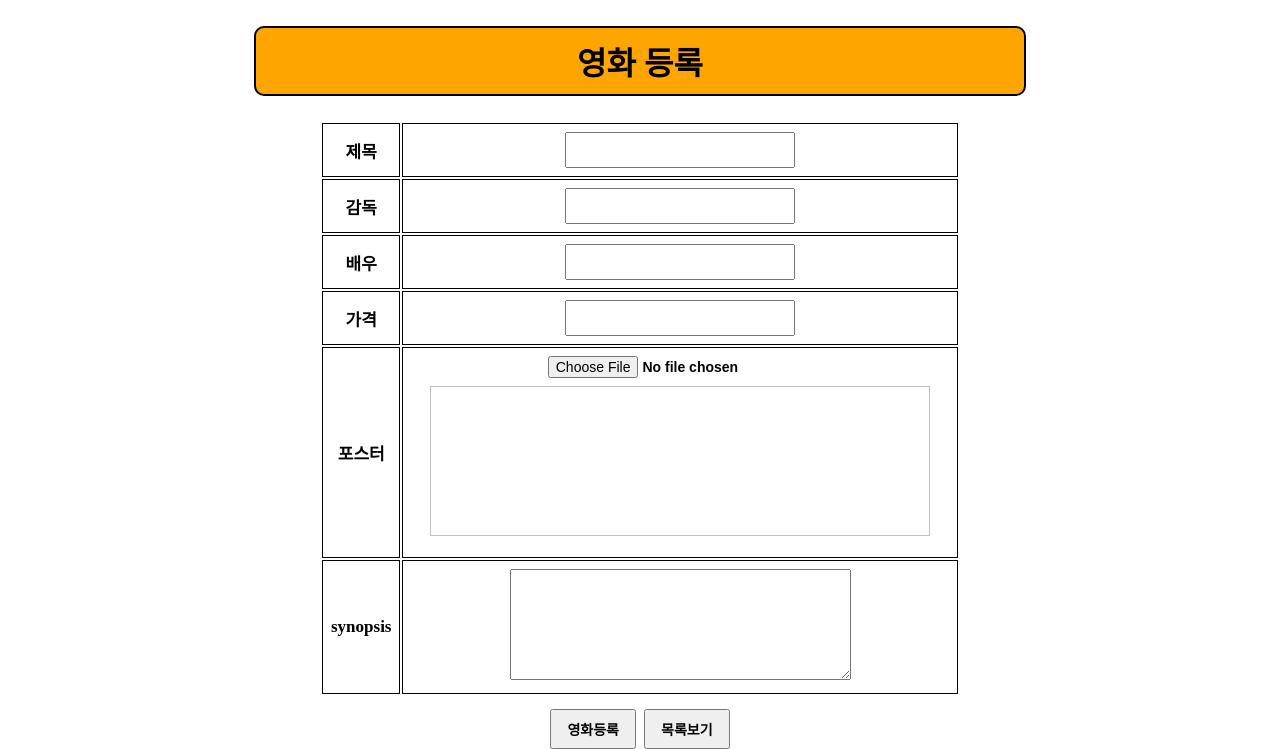
Repository: EverythingOfC/movie
Page: http://localhost/movie/movie/insert.jsp
An editor plug-in stored every save of this project. The page is shown before and after the next save, followed by the edit.
The browser window is 1280 px wide. The pictures show the whole page.
The page is served by Tomcat 9. Nobody is signed in. The application's start-up code is not run. Other server files are loaded and not shown.

Above is the page before, as saved 2023-01-03 03:18:47.

### movie/src/main/webapp/movie/insert.jsp
<%@ page language="java" contentType="text/html; charset=UTF-8"
    pageEncoding="UTF-8"%>
<%@ taglib prefix="c" uri="http://java.sun.com/jsp/jstl/core" %>
<!DOCTYPE html>
<html>
<head>
<meta charset="UTF-8">
<title>Insert title here</title>
<link rel="stylesheet" type="text/css" href="../css/movie.css">
</head>
<body>

<div class = "title">
	<h1> 영화 등록 </h1>
</div>

<div class = "insert">

<form action="ms?command=insert" method="post" enctype="multipart/form-data">
		<!--  Http의 바디부분에 데이터를 여러 부분으로 나누어서 전송함 -->

	<input type="hidden" name="id" value="${member.id }">
	<table>
		<tr>
		<th>제목</th>
		<td><input type="text" name="title"></td>
		</tr>

		<tr>
		<th>감독</th>
		<td><input type="text" name="director"></td>
		</tr>

		<tr>
		<th>배우</th>
		<td><input type="text" name="actor"></td>
		</tr>

		<tr>
		<th>가격</th>
		<td><input type="number" name="price"></td>
		</tr>

		<tr>
		<th>포스터</th>
		<td><div><input type="file" name="poster" onchange="readURL(this);" style="padding:0; text-align:center;">
		<img style="width:500px; height:150px; " id="preview"/></div></td>
		</tr>


		<tr>
		<th>synopsis</th>
		<td><textarea rows="7" cols="40" name="synopsis">

		</textarea></td>
		</tr>

	</table>

	<div class="i_button">
		<input type="submit" value="영화등록">&nbsp;
		<input type="button" onclick="location.href='ms?command=list'" value="목록보기">
	</div>
	</form>
</div>
<script>
	function readURL(input) {
	  if (input.files && input.files[0]) {
	    var reader = new FileReader();
	    reader.onload = function(e) {
	      document.getElementById('preview').src = e.target.result;
	    };
	    reader.readAsDataURL(input.files[0]);
	  } else {
	    document.getElementById('preview').src = "";
	  }
	}
</script>
</body>
</html>

### movie/src/main/webapp/css/movie.css
@charset "UTF-8";

*{
	margin: 0 auto;
}

img{
	border:0;
}
a{
	text-decoration:none;
	color:black;
}
a:hover{
	font-weight:bold;
}
li{
	list-style: none;
}

.title{
	margin:2vw auto;
	text-align:center;
	border:2px solid black;
	border-radius:10px;
	background:orange;
	width:60%;
	padding:10px 0;
}
.main table{
	width:80%;
}
.main td,.main th{
	padding:10px;
	border:1px solid black;
	border-collapse: collapse;
}

.insert table td{
	text-align:center;
}
.insert table td input, .i_button input, .insert table td img{
	padding:8px 15px;
	font-weight:bold;
	font-size:14px;
}
.insert table{
	width:50%;
	font-size:17px;
}
.insert td,.insert th{
	padding:8px;
	border:1px solid black;
	border-collapse: collapse;
}
.i_button{
	margin-top:1vw;
	width:50%;
	text-align:center;
}


.login table td{
	text-align:center;
}
.login table td input, .l_button input{
	padding:11px 15px;
	font-weight:bold;
	font-size:14px;
}
.login table{
	width:50%;
	font-size:17px;
}
.login td,.login th{
	padding:8px;
	border:1px solid black;
	border-collapse: collapse;
}
.l_button{
	margin-top:2vw;
	width:50%;
	text-align:center;
}



.sign table td{
	text-align:center;
}

.sign table td label{
	display:inline-block;
	padding:8px 15px;
	font-size:14px;
 }
.sign table td input, .s_button input{
	padding:8px 15px;
	font-weight:bold;
	font-size:14px;
}
.sign table{
	width:50%;
	font-size:17px;
}
.sign td,.sign th{
	padding:8px;
	border:1px solid black;
	border-collapse: collapse;
}
.s_button{
	margin-top:2vw;
	width:50%;
	text-align:center;
}


.update table td{
	text-align:center;
}
.update table td input, .u_button input, .update table td img{
	padding:8px 15px;
	font-weight:bold;
	font-size:14px;
}
.update table{
	width:50%;
	font-size:17px;
}
.update td,.update th{
	padding:8px;
	border:1px solid black;
	border-collapse: collapse;
}
.u_button{
	margin-top:1vw;
	width:50%;
	text-align:center;
}


.view table td{
	text-align:center;
}
.view table td input, .v_button input, .view table td img{
	padding:8px 15px;
	font-weight:bold;
	font-size:14px;
}
.view table{
	width:50%;
	font-size:17px;
}
.view td,.view th{
	padding:8px;
	border:1px solid black;
	border-collapse: collapse;
}
.v_button{
	margin-top:1vw;
	width:50%;
	text-align:center;
}

.page,.pagination{
	width:70%;
	margin-top:2vw;
	text-align:center;
}
.pagination{
	margin-top:3vw;
}

After the next save:
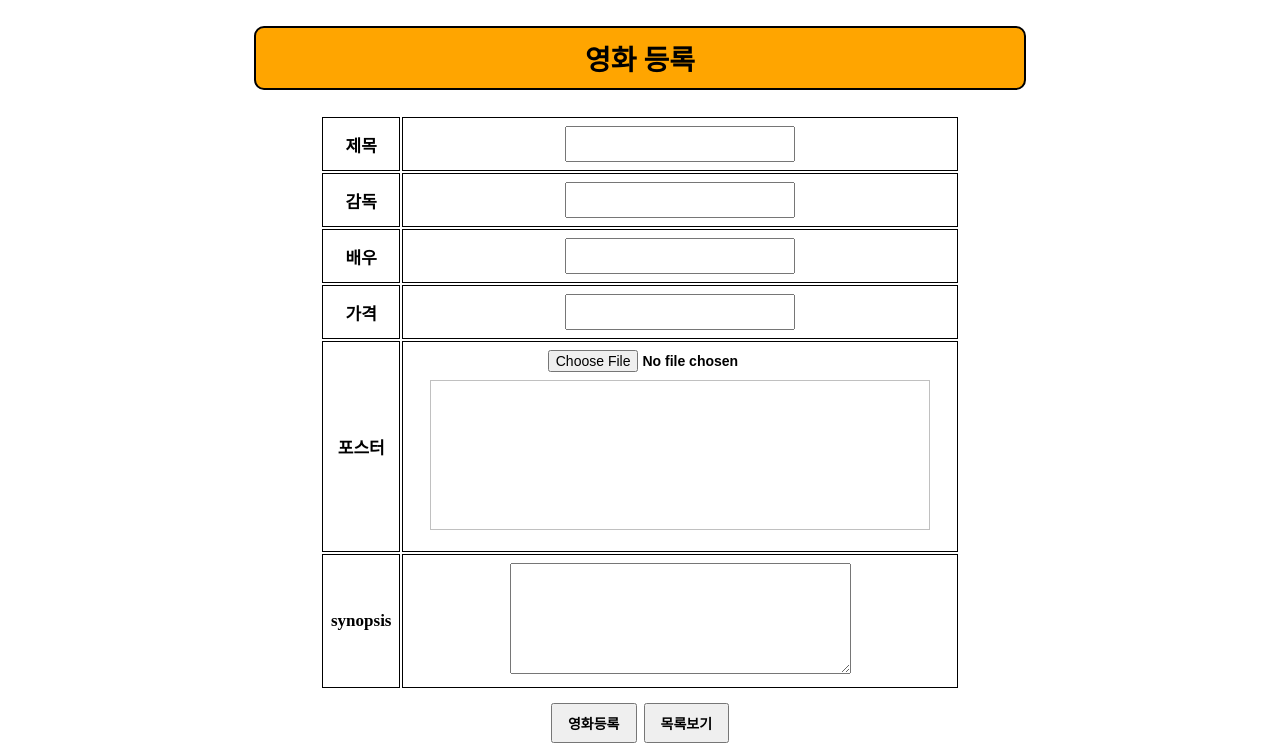
Saved 30 s later.
--- a/movie/src/main/webapp/css/movie.css
+++ b/movie/src/main/webapp/css/movie.css
@@ -3,7 +3,9 @@
 *{
 	margin: 0 auto;
 }
-
+body{
+	font-size:14px;
+}
 img{
 	border:0;
 }
